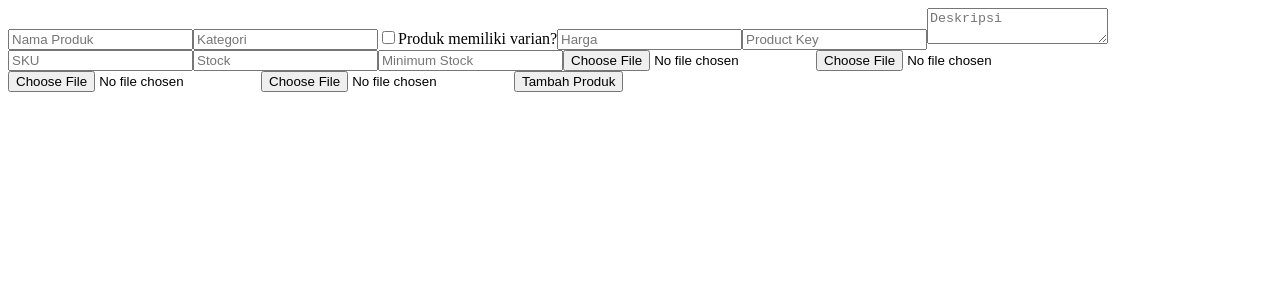
Repository: GilangRamadan11/massive_challenge
Page: /dashboard (app in frontend/)
The author's editor kept a copy of each file at every save. The page is drawn from the files as they stood at one save, then again after the next save.
The browser window is 1280 px wide. The pictures show the whole page.
The project was rebuilt for these pictures with package versions that can differ from the ones it lists, and the page was loaded fresh each time. Also part of the build but not shown: frontend/vite.config.js, frontend/src/pages/login.jsx, frontend/src/pages/Register.jsx.

Above is the page before, as saved 2025-06-03 21:38:22.

After the next save:
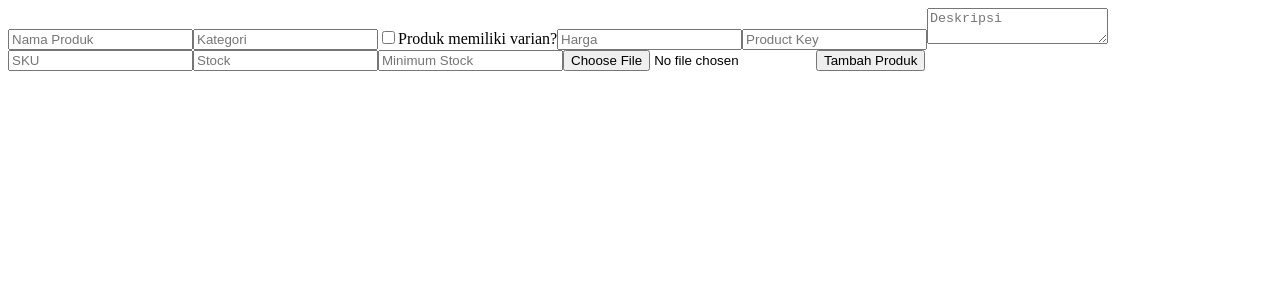
Saved 12 s later.
--- a/frontend/src/pages/Dashboard.jsx
+++ b/frontend/src/pages/Dashboard.jsx
@@ -74,9 +74,7 @@
       <input type="number" name="minStock" placeholder="Minimum Stock" onChange={handleInputChange} />
 
       <input type="file" name="image1" onChange={handleImageChange} />
-      <input type="file" name="image2" onChange={handleImageChange} />
-      <input type="file" name="image3" onChange={handleImageChange} />
-      <input type="file" name="image4" onChange={handleImageChange} />
+
 
       <button type="submit">Tambah Produk</button>
     </form>

After the save that followed:
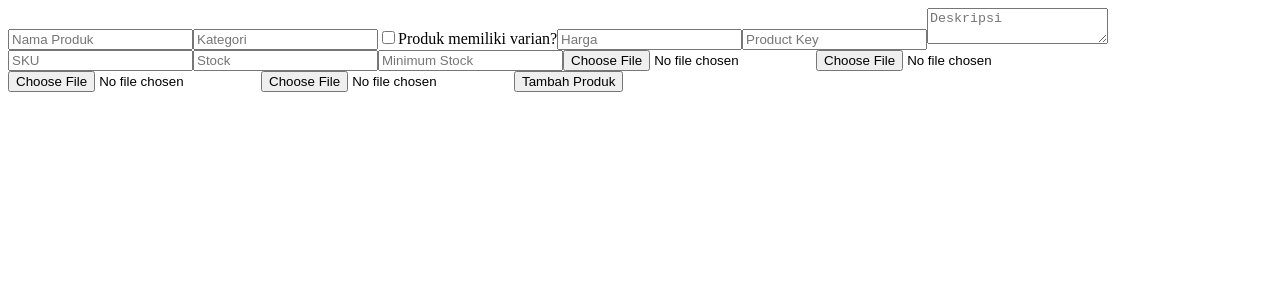
Saved 35 s later.
--- a/frontend/src/pages/Dashboard.jsx
+++ b/frontend/src/pages/Dashboard.jsx
@@ -74,7 +74,9 @@
       <input type="number" name="minStock" placeholder="Minimum Stock" onChange={handleInputChange} />
 
       <input type="file" name="image1" onChange={handleImageChange} />
-
+      <input type="file" name="image2" onChange={handleImageChange} />
+      <input type="file" name="image3" onChange={handleImageChange} />
+      <input type="file" name="image4" onChange={handleImageChange} />
 
       <button type="submit">Tambah Produk</button>
     </form>
